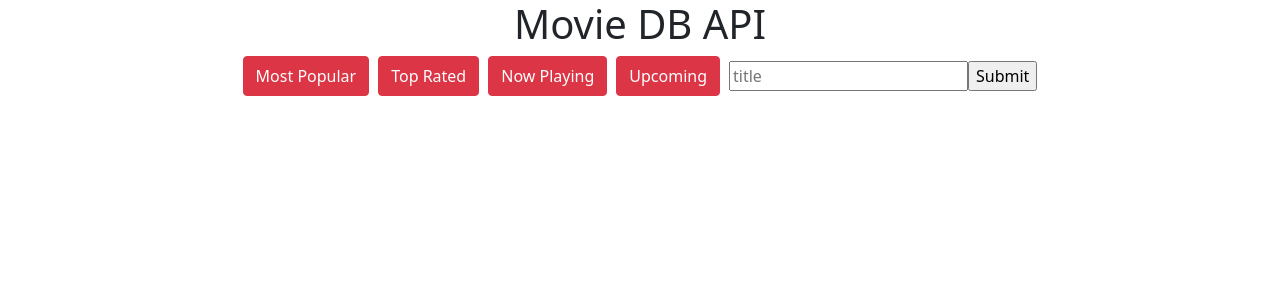
Repository: chaampavictor/moviedbapi
Page: /
An editor plug-in stored every save of this project. The page is shown before and after the next save, followed by the edit.
The browser window is 1280 px wide. The pictures show the whole page.
The page's requests for data from a server got no answer. The project was rebuilt for these pictures with package versions that can differ from the ones it lists, and the page was loaded fresh each time. No one was signed in, and anything a server would have sent is missing.

Above is the page before, as saved 2022-01-13 13:02:21.

### src/App.js
import React, { useEffect, useState } from "react";
import axios from "axios";
import "./App.css";
import "bootstrap/dist/css/bootstrap.min.css";
import Modal from "react-bootstrap/Modal";
import Container from "react-bootstrap/Container";
import Row from "react-bootstrap/Row";
import Col from "react-bootstrap/Col";
import Button from "react-bootstrap/Button";
import { Search } from "./search";
const api_key = "872c70d736d1ef4484522f734137927d";
const BASE_URL = "https://api.themoviedb.org/3";
const getImage = (path) => `https://image.tmdb.org/t/p/w300/${path}`;

function App() {
  const [data, setData] = useState([]);
  const [details, setDetails] = useState([]);
  const [isLoading, setLoading] = useState(false);
  const [show, setShow] = useState(false);
  const [search, setSearch] = useState("");

  const handleClose = () => setShow(false);

  const api = axios.create({ baseURL: BASE_URL });

  const getUpcoming = api.get("/movie/popular", { params: { api_key } });
  const getgenre = api.get("/genre/movie/list", { params: { api_key } });

  useEffect(() => {
    getUpcoming.then((res) => {
      setData(res.data.results);
    });

    getgenre.then((res) => {
      // setData(res.data.results);
      console.log("get genre", res);
    });
  }, []);

  const GetMostPopular = () => {
    const toprated = api.get("/movie/popular", { params: { api_key } });
    toprated.then((res) => {
      console.log("get popular", res.data.results);
      setData(res.data.results);
    });
  };

  const GetTopRated = (res) => {
    const toprated = api.get("/movie/top_rated", { params: { api_key } });
    toprated.then((res) => {
      console.log("get top rated", res.data.results);
      setData(res.data.results);
    });
  };

  const GetPlaying = () => {
    const latest = api.get("movie/now_playing", { params: { api_key } });
    latest.then((res) => {
      console.log("now_playing movies", res.data);
      setData(res.data.results);
    });
  };

  const GetUpcoming = () => {
    const latest = api.get("movie/upcoming", { params: { api_key } });
    latest.then((res) => {
      console.log("latest movies", res.data);
      setData(res.data.results);
    });
  };

  const searchMovie = async (e) => {
    e.preventDefault();
    const query = "avengers";
    const latest = api.get("search/movie", { params: { api_key, query } });
    latest.then((res) => {
      setData(res.data.results);
    });
  };
  return (
    <div className="App">
      <h1 style={{ textAlign: "center" }}>Movie DB API</h1>
      <header>
        <div
          style={{
            display: "flex",
            justifyContent: "center",
            alignItems: "center",
            marginBottom: "12px",
          }}
        >
          <Button
            variant="danger"
            className="filterbutton"
            onClick={GetMostPopular}
          >
            Most Popular
          </Button>
          <Button
            variant="danger"
            className="filterbutton"
            onClick={GetTopRated}
          >
            Top Rated
          </Button>
          <Button
            variant="danger"
            className="filterbutton"
            onClick={GetPlaying}
          >
            {" "}
            Now Playing
          </Button>
          <Button
            variant="danger"
            className="filterbutton"
            onClick={GetUpcoming}
          >
            {" "}
            Upcoming
          </Button>

          <Search />
        </div>
        <Modal
          dialogClassName="modal-90w"
          aria-labelledby="example-custom-modal-styling-title"
          centered
          show={show}
          onHide={handleClose}
          animation={true}
        >
          <Row>
            <Col>
              <img
                src={getImage(details.poster_path)}
                alt="Nature"
                style={{ width: "100%", height: "466px" }}
              />
            </Col>
          </Row>
          <Container>
            <Row>
              <Col>
                <h4>{details.original_title}</h4>
                <p> release date: {details.release_date}</p>
                <p> popularity: {details.popularity}</p>

                <p> {details.overview}</p>
              </Col>
            </Row>
          </Container>
        </Modal>
        <div
          className="explore-card-columns  container-fluid"
          style={{ marginBottom: "100px" }}
        >
          {data.map((movie) => (
            <div className="item">
              <div class="hover01 column">
                <div>
                  <figure>
                    <img
                      onClick={() => {
                        console.log("record being passed", movie);
                        setShow(true);
                        setDetails(movie);
                      }}
                      src={getImage(movie.poster_path)}
                      alt="poster"
                      className="image-item"
                    />
                  </figure>
                </div>
              </div>
            </div>
          ))}
        </div>
      </header>
    </div>
  );
}

export default App;

### src/App.css
.explore-nav {
  padding-top: 30px;
}

.item {
  margin-bottom: 15px;
}

.image-item:hover {
  opacity: 0.5;
}

.container {
  position: relative;
  width: 50%;
}

.modalcontainer {
  background-color: red;
  position: relative;
  font-family: Arial;
}

.text-block {
  position: absolute;
  bottom: 260px;
  height: 210px;
  /* right: 150px; */
  /* background-color: #000000db; */
  color: white;
  padding-left: 20px;
  padding-right: 20px;
}

.image-item {
  opacity: 1;
  display: block;
  width: 100%;
  height: auto;
  transition: 0.5s ease;
  backface-visibility: hidden;
  border-radius: 52px;
  cursor: pointer;
}

.container:hover .image {
  opacity: 0.3;
}

.container:hover .middle {
  opacity: 1;
}

.text {
  background-color: red;
  color: white;
  font-size: 16px;
  padding: 16px 32px;
}

.modal-header {
  display: flex;
  flex-shrink: 0;
  align-items: center;
  justify-content: space-between;
  padding: 1rem 1rem;
  border-bottom: none !important;
  border-top-left-radius: calc(0.3rem - 1px);
  border-top-right-radius: calc(0.3rem - 1px);
}

.filterbutton {
  height: 40px;
  margin-right: 9px;
  background: red;
  border: red 1px solid;
  border-radius: 5px;
  color: white;
  font-weight: bolder;
}

.figure {
  width: 200px;
  height: 150px;
  margin: 0;
  padding: 0;
  background: #fff;
  overflow: hidden;
}
.figure:hover + span {
  bottom: -36px;
  opacity: 1;
}

/* Zoom In #1 */
.hover01 figure img {
  -webkit-transform: scale(0.9);
  transform: scale(1);
  -webkit-transition: 0.3s ease-in-out;
  transition: 0.3s ease-in-out;
}
.hover01 figure:hover img {
  -webkit-transform: scale(1);
  transform: scale(1.04);
}

.explore-body .card-body:hover {
  /* color: #30adb4; */
  background: "#32c709";
}

.card {
  border: 0px solid rgba(0, 0, 0, 0.125) !important;
}

.user-reaction div {
  padding-right: 20px;
}

.explore-card-columns .card {
  margin-bottom: 0.79rem;
}
@media screen and (min-width: 992px) {
  .explore-card-columns {
    -webkit-column-count: 4;
    -moz-column-count: 4;
    column-count: 4;
    -webkit-column-gap: 1.25rem;
    -moz-column-gap: 1.25rem;
    column-gap: 1.25rem;
  }
  .explore-card-columns .card {
    display: inline-block;
    width: 100%;
  }
}
@media screen and (max-width: 992px) {
  .explore-card-columns {
    -webkit-column-count: 2;
    -moz-column-count: 2;
    column-count: 2;
  }
}
@media screen and (max-width: 600px) {
  .explore-card-columns {
    -webkit-column-count: 1;
    -moz-column-count: 1;
    column-count: 1;
  }
}

### src/search.js
import React, { useState } from "react";

export function Search(props) {
  const [name, setName] = useState("");

  const handleSubmit = (evt) => {
    evt.preventDefault();
    alert(`Submitting Name ${name}`);
  };
  return (
    <form onSubmit={handleSubmit}>
      <label>
        <input
          type="text"
          value={name}
          onChange={(e) => setName(e.target.value)}
          placeholder="title"
        />
      </label>
      <input type="submit" value="Submit" />
    </form>
  );
}

Loaded but not shown: public/index.html (common file); src/index.js (common file); src/index.css (common file); src/reportWebVitals.js (common file)

After the next save:
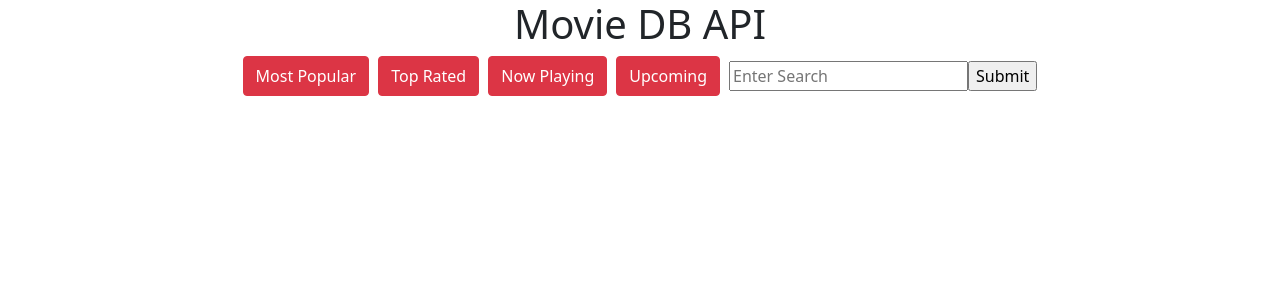
Saved 20 s later.
--- a/src/search.js
+++ b/src/search.js
@@ -14,7 +14,7 @@ export function Search(props) {
           type="text"
           value={name}
           onChange={(e) => setName(e.target.value)}
-          placeholder="title"
+          placeholder="Enter Search "
         />
       </label>
       <input type="submit" value="Submit" />
